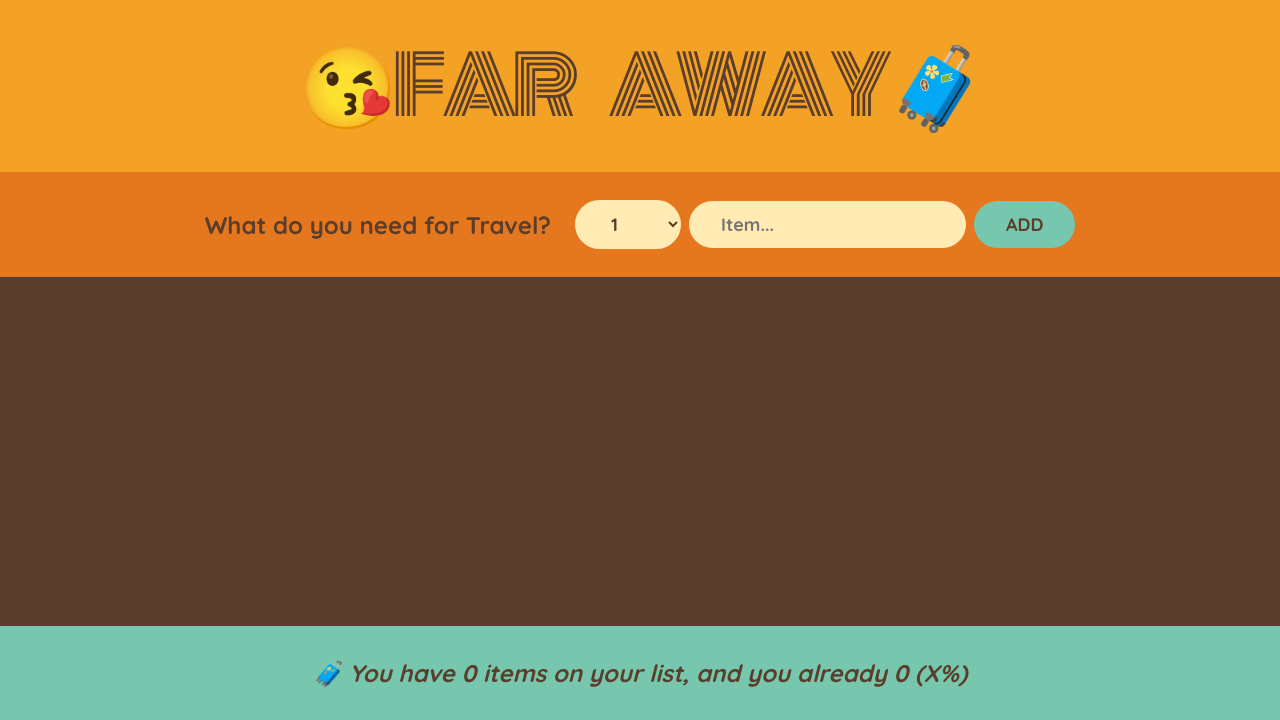
Repository: masamichan/Travel-list
Page: /
These files come from the project's save history. The page is drawn as it stood at one moment and after the next save; the edit follows.
The browser window is 1280 px wide. The pictures show the whole page.
The project was rebuilt for these pictures with package versions that can differ from the ones it lists, and the page was loaded fresh each time.

Above is the page before, as saved 2024-01-06 12:46:55.

### src/App.js
import { useState } from "react";

export default function App() {
  const [items, setItems] = useState([]);

  function handleAddItems(item) {
    setItems((items) => [...items, item]);
  }

  function handleDelete(id) {
    setItems((items) => items.filter((item) => item.id !== id));
  }

  function handleToggleItem(id) {
    setItems((items) =>
      items.map((item) =>
        item.id === id ? { ...item, packed: !item.packed } : item
      )
    );
  }

  return (
    <div className="app">
      <Logo />
      <Form onAddItems={handleAddItems} />
      <PackingList
        items={items}
        onDeleteItem={handleDelete}
        onToggleItem={handleToggleItem}
      />
      <Stats items={items} />
    </div>
  );
}

function Logo() {
  return <h1>😘Far Away🧳</h1>;
}

function Form({ onAddItems }) {
  const [description, setDescription] = useState("");
  const [quantity, setQuantity] = useState(1);

  function handleSubmit(e) {
    e.preventDefault();

    if (!description) return;

    const newItem = { description, quantity, packed: false, id: Date.now() };

    onAddItems(newItem);
    setDescription("");
    setQuantity(1);
  }

  return (
    <form className="add-form" onSubmit={handleSubmit}>
      <h3>What do you need for Travel?</h3>
      <select
        value={quantity}
        onChange={(e) => setQuantity(Number(e.target.value))}
      >
        {Array.from({ length: 20 }, (_, i) => i + 1).map((num) => (
          <option value={num} key={num}>
            {num}
          </option>
        ))}
      </select>
      <input
        type="text"
        placeholder="Item..."
        value={description}
        onChange={(e) => setDescription(e.target.value)}
      />
      <button>Add</button>
    </form>
  );
}

function PackingList({ items, onDeleteItem, onToggleItem }) {
  return (
    <div className="list">
      <ul>
        {items.map((item) => (
          <Item
            item={item}
            onDeleteItem={onDeleteItem}
            onToggleItem={onToggleItem}
            key={item.id}
          />
        ))}
      </ul>
    </div>
  );
}

function Item({ item, onDeleteItem, onToggleItem }) {
  return (
    <li>
      <input
        type="checkbox"
        value={item.checked}
        onChange={() => onToggleItem(item.id)}
      />
      <span style={item.packed ? { textDecoration: "line-through" } : {}}>
        {item.quantity}
        {item.description}
      </span>
      <button onClick={() => onDeleteItem(item.id)}>❌</button>
    </li>
  );
}

function Stats({ items }) {
  const numItems = items.length;
  const numPacked = items.filter((item) => item.packed).length;

  return (
    <footer className="stats">
      <em>
        🧳 You have {numItems} items on your list, and you already {""}
        {numPacked} (X%)
      </em>
    </footer>
  );
}

Loaded but not shown: public/index.html (common file); src/index.js (common file); src/index.css (common file)

After the next save:
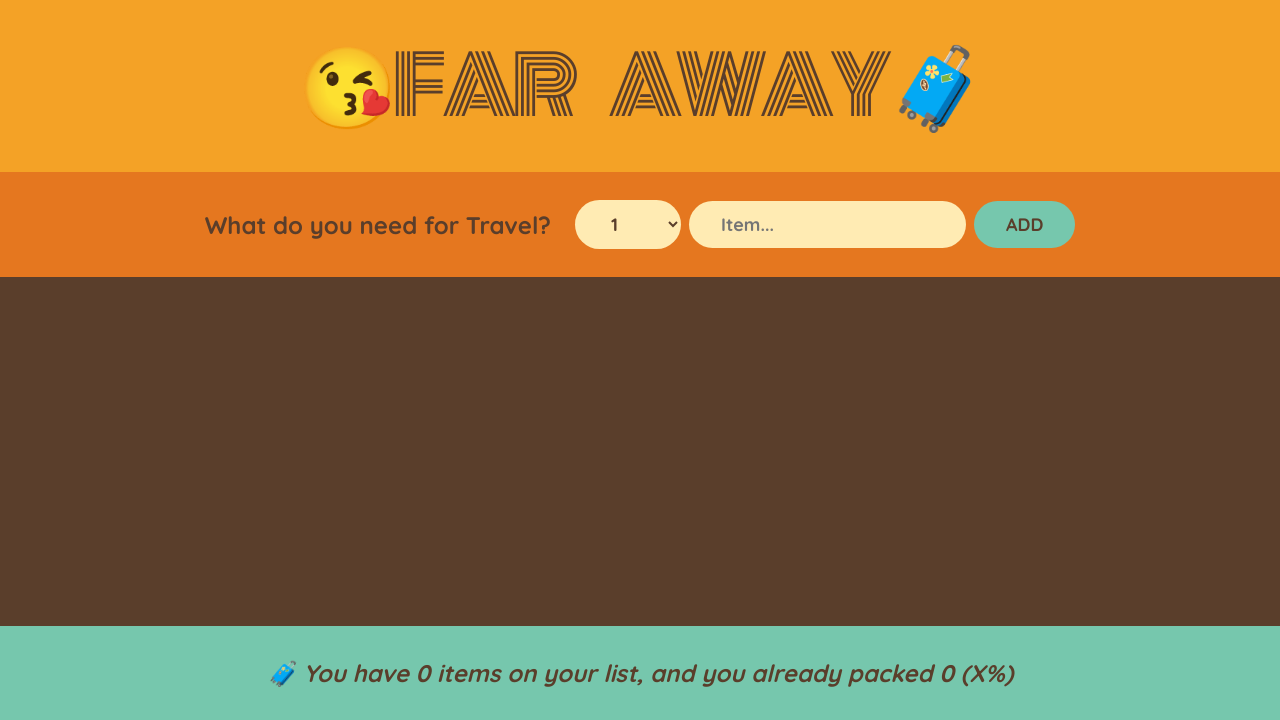
Saved 12 s later.
--- a/src/App.js
+++ b/src/App.js
@@ -118,7 +118,7 @@
   return (
     <footer className="stats">
       <em>
-        🧳 You have {numItems} items on your list, and you already {""}
+        🧳 You have {numItems} items on your list, and you already packed {""}
         {numPacked} (X%)
       </em>
     </footer>
